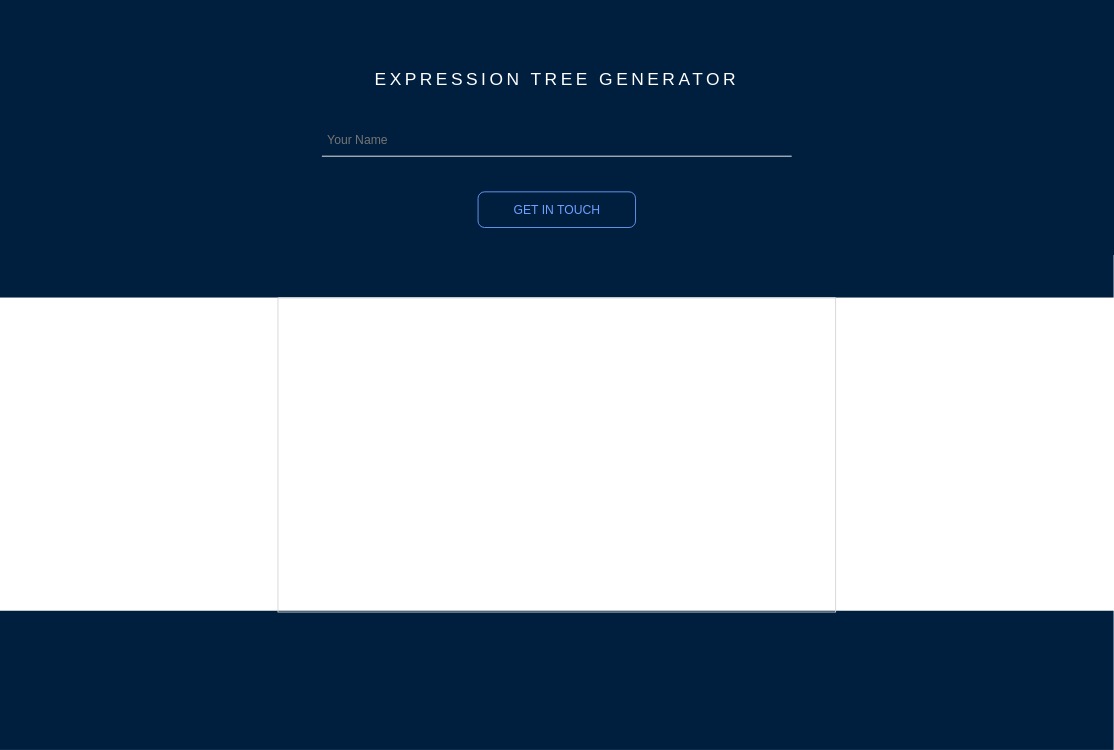
Repository: lnogueir/expression-tree-gen
Page: index.html
An editor plug-in stored every save of this project. The page is shown before and after the next save, followed by the edit.
The browser window is 1280 px wide. The pictures show the whole page, at 87% of full size.

Above is the page before, as saved 2020-03-15 19:16:14.

### index.html
<!DOCTYPE html>
<html lang="en">

<head>
    <meta charset="UTF-8">
    <meta name="viewport" content="width=device-width, initial-scale=1.0">
    <title>Canvas</title>
    <link rel="stylesheet" href="app.css">
</head>

<body>

    <div class="contact-section">
        <div class="inner-width">
          <h1>Expression Tree Generator</h1>
          <input type="text" class="name" id = 'expression-input' placeholder="Your Name">
          <button id="generate-tree">Get in touch</button>
        </div>
      </div>

    <div id="canvas-container">
        <canvas></canvas>
    </div>

    <div class="ending-section">

    </div>

</body>
<script src="https://ajax.googleapis.com/ajax/libs/jquery/3.4.1/jquery.min.js"></script>
<script src="https://cdnjs.cloudflare.com/ajax/libs/mathjs/6.6.1/math.min.js"></script>
<script src="tree.js"></script>
<script src="infixToPostfix.js"></script>
<script src="canvas.js"></script>

</html>

### app.css
*{
    margin: 0;
    padding: 0;
    box-sizing: border-box;
    font-family: "montserrat",sans-serif;
  }
  .contact-section{
    background: #001f3f;
    padding: 80px 0;
    text-align: center;
  }

  .inner-width{
    max-width: 600px;
    margin: auto;
    padding: 0 20px;
  }

  .contact-section h1{
    font-size: 20px;
    color: #FFF;
    margin-bottom: 40px;
    text-transform: uppercase;
    letter-spacing: 4px;
    font-weight: 400;
  }

  .name,.email,.message{
    background: none;
    border:none;
    outline: none;
    border-bottom: 1px solid;
    color: #FFF;
    padding: 10px 6px;
    font-size: 14px;
    margin-bottom: 40px;
  }

  .name{
    float: center;
    width: 540px;
  }

  .contact-section button{
      outline: none;
    background: none;
    color: #70a1ff;
    border: 1px solid #70a1ff;
    padding: 12px 40px;
    border-radius: 8px;
    text-transform: uppercase;
    font-size: 14px;
    transition: 0.4s linear;
    cursor: pointer;
  }

  .contact-section button:hover{
    background: #70a1ff;
    color: #fff;
  }

  .ending-section{
    background: #001f3f;
    padding: 80px 0;
    text-align: center;
  }


  @media screen and (max-width:600px){
    .name,.email{
      width: 100%;
    }
  }

#canvas-container{
    outline: none;
    border: none;
    display: flex;
    flex-direction: column;
    align-items: center;
    margin: auto;
    height: 50vh;
    width: 50vw;
    background: #FFF;
}

canvas{
    border: 1px solid lightgray;
}

### tree.js
function Node(value) {
    const radius = 32.5
    this.value = value;
    this.x = null;
    this.y = null;
    this.right = null;
    this.left = null;

    this.isLeaf = () => this.right == null && this.left == null;

    this.drawEdge = function (context, x, y, left_way) {
        context.strokeStyle = 'gray';
        context.beginPath()
        const x_y_ratio = Math.abs(this.y - y) / Math.abs(this.x - x)
        const w = radius * Math.sqrt(1 / (1 + Math.pow(x_y_ratio, 2)))
        const d = x_y_ratio * w
        if (left_way) {
            context.moveTo(this.x - w, this.y + d)
            context.lineTo(x + w, y - d)
        } else {
            context.moveTo(this.x + w, this.y + d)
            context.lineTo(x - w, y - d)
        }

        context.stroke()
    }

    this.draw = function (context) {
        context.beginPath()
        context.arc(this.x, this.y, radius, 0, Math.PI * 2, false)
        context.fillStyle = 'rgba(255, 255, 255, 0.5)'
        context.fill()
        context.strokeStyle = 'black'
        context.stroke()
        context.font = '25px Times New Roman'
        context.textAlign = 'center'
        context.textBaseline = 'middle'
        context.fillStyle = "black";
        context.fillText(this.value, this.x, this.y);
    }
}

function constructTree(postfix) {
    const OPERATORS = ['*', '/', '-', '+']
    var stack = []
    var root = null;
    var current;
    var shift = false;
    for (var i = postfix.length - 1; i >= 0; i--) {
        if (null === root) {
            current = new Node(postfix[i]);
            root = current;
        } else {
            if (shift) {
                current.left = new Node(postfix[i])
                current = current.left
                shift = false
            } else {
                current.right = new Node(postfix[i])
                current = current.right
            }
        }
        if (OPERATORS.includes(postfix[i])) {
            stack.push(current);
        } else {
            current = stack.pop();
            shift = true
        }
    }
    return root;
}

function getSize(root) {
    var size = 0
    function countSize(root) {
        if (null != root) {
            size++;
            countSize(root.left)
            countSize(root.right)
        }
    }
    countSize(root);
    return size;
}

function print_coords(root) {
    if (null != root) {
        print_coords(root.left)
        console.log(root.value, root.x, root.y)
        print_coords(root.right)
    }
}

function setCoordinates(root) {
    var i = 0
    const OFFSET = 50
    const size = getSize(root)
    const canvas_mid_point = window.innerWidth / 2;
    function setCoordinates(subt, depth) {
        if (null != subt) {
            setCoordinates(subt.left, depth + 1)
            subt.x = canvas_mid_point + (OFFSET * (i - size / 2))
            subt.y = OFFSET + (depth * 1.5 * OFFSET)
            i++
            setCoordinates(subt.right, depth + 1)
        }
    }
    setCoordinates(root, 0)
}

function drawTree(root, context) {
    if (null != root) {
        root.draw(context)
        if (null != root.left) {
            root.drawEdge(context, root.left.x, root.left.y, true);
        }
        drawTree(root.left, context)
        if (null != root.right) {
            root.drawEdge(context, root.right.x, root.right.y, false)
        }
        drawTree(root.right, context)
    }
}

### infixToPostfix.js
function isBracketed(expr) {
  var stack = []
  for (var i = 0; i < expr.length; i++) {
    if ('(' === expr[i]) {
      stack.push('(')
    } else if (')' === expr[i]) {
      stack.pop()
      if (stack.length === 0) {
        if (i !== expr.length - 1) {
          return false
        } else {
          return true
        }
      }
    }
  }
  return false;
}

function isValidExpression(expr) {
  if (expr.length < 3) {
    return false;
  }
  for (var i = 0; i < expr.length; i++) {
    if ('abcdefghijklmnopqrstuvwxyz*()/+-'.indexOf(expr[i]) === -1) {
      return false;
    }
  }
  try {
    while ("(" === expr[0] && ")" === expr[expr.length - 1]) {
      if (isBracketed(expr)) {
        expr = expr.substring(1, expr.length - 1);
      } else break;
    }
    var res = math.parse(expr);
    if ((typeof res.implicit === 'undefined') || res.fn.indexOf('unary') !== -1) {
      return false;
    }
    return true;
  }
  catch (ex) {
    return false;
  }
}

function infixToPostfix(expression) {
  if (!isValidExpression(expression)) {
    return null;
  }
  const prec = { "*": 3, "/": 3, "-": 2, "+": 2, "(": 1 }
  op_stack = []
  postfixList = []
  tokens = expression.split('')
  for (const token of tokens) {
    if ("abcdefghijklmnopqrstuvwxyz".indexOf(token) !== -1) {
      postfixList.push(token)
    } else if ("(" === token) {
      op_stack.push(token)
    } else if (")" === token) {
      var top_op_token = op_stack.pop()
      while (top_op_token !== '(') {
        postfixList.push(top_op_token)
        top_op_token = op_stack.pop()
      }
    } else {
      var peek_elem = op_stack.slice(-1)[0];
      while (op_stack.length > 0 && (prec[peek_elem] >= prec[token])) {
        postfixList.push(op_stack.pop())
        peek_elem = op_stack.slice(-1)[0];
      }
      op_stack.push(token)
    }
  }
  while (op_stack.length > 0) {
    postfixList.push(op_stack.pop())
  }
  return postfixList
}

### canvas.js
var canvas = document.querySelector('canvas')

canvas.height = document.getElementById('canvas-container').offsetHeight;
canvas.width = document.getElementById('canvas-container').offsetWidth;

var c = canvas.getContext('2d')

$('#generate-tree').click(() => {
    var expression = $('#expression-input').val()
    if (typeof expression !== 'undefined' && null != expression) {
        expression = expression.replace(/\s+/g, '')
        expression = expression.toLowerCase()
        var postfix = infixToPostfix(expression);
        if (null !== postfix) {
            var root = constructTree(postfix)
            setCoordinates(root)
            c.clearRect(0, 0, canvas.width, canvas.height);
            drawTree(root, c)
        } else {
            alert('Enter valid expression')
        }

    } else {
        alert('Enter valid expression')
    }
})

After the next save:
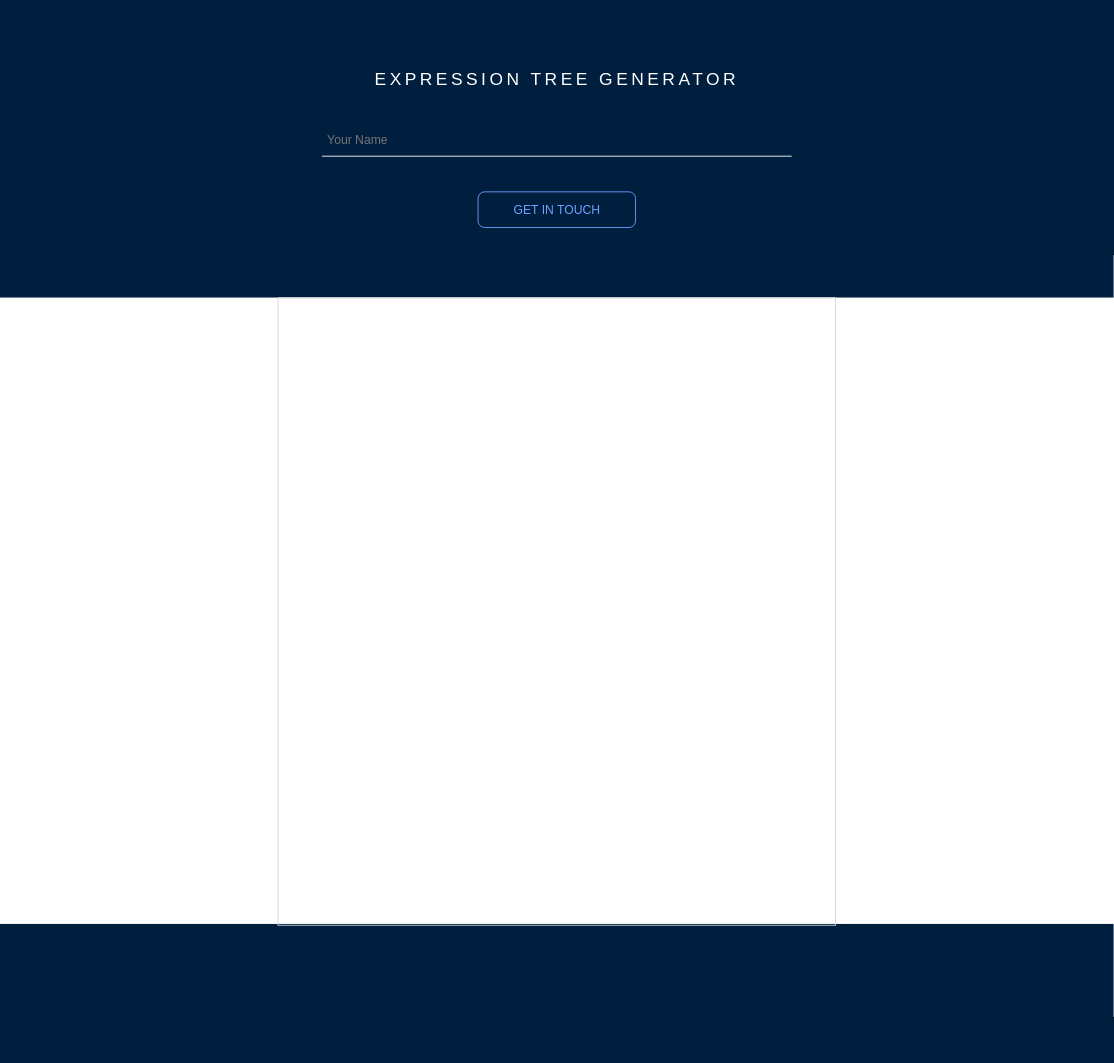
Saved 8 s later.
--- a/app.css
+++ b/app.css
@@ -79,7 +79,7 @@
     flex-direction: column;
     align-items: center;
     margin: auto;
-    height: 50vh;
+    height: 100vh;
     width: 50vw;
     background: #FFF;
 }
